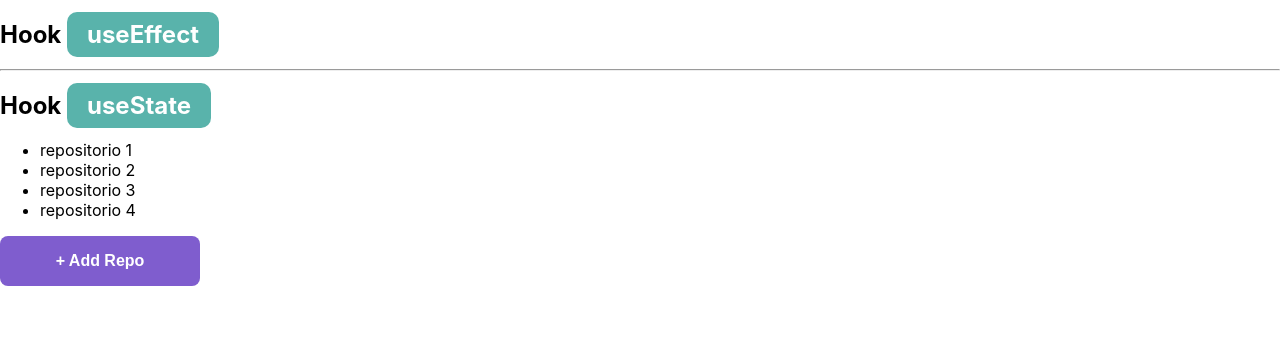
Repository: thiagolucio/react-hooks-use
Page: /
An editor plug-in stored every save of this project. The page is shown before and after the next save, followed by the edit.
The browser window is 1280 px wide. The pictures show the whole page.
The page's requests for data from a server got no answer. The project was rebuilt for these pictures with package versions that can differ from the ones it lists, and the page was loaded fresh each time. No one was signed in, and anything a server would have sent is missing. Also part of the build but not shown: src/App.css.

Above is the page before, as saved 2022-03-09 07:39:42.

### src/index.css
body {
  margin: 0;
  padding: 0;
  overflow-x: hidden;
  font-family: -apple-system, BlinkMacSystemFont, 'Segoe UI', 'Roboto', 'Oxygen',
    'Ubuntu', 'Cantarell', 'Fira Sans', 'Droid Sans', 'Helvetica Neue',
    sans-serif;
  -webkit-font-smoothing: antialiased;
  -moz-osx-font-smoothing: grayscale;
}

code {
  font-family: source-code-pro, Menlo, Monaco, Consolas, 'Courier New',
    monospace;
}

.container_column_center {
  display: flex;
  flex-direction: column;
  justify-content: flex-start;
  align-items: center;
}

.container_row_center {
  display: flex;
  flex-direction: row;
  justify-content: flex-start;
}


.font18px {font-size: 18px;}
.font20px {font-size: 20px;}
.font22px {font-size: 22px;}
.font24px {font-size: 24px;}

### src/App.js
import React from "react";
import "./App.css";

import UseStateExample from "./Components/UseStateExample";
import UseEffectExample from "./Components/UseEffectExample";

function App() {
  return (
    <>
        <UseEffectExample />
        <hr/>
        <UseStateExample />
    </>
  );
}

export default App;

### src/Components/UseStateExample.js
import React, { useState } from "react";
import "./UseStateExample.css";

function UseStateExample() {

  const [repositories, setRepositories] = useState([
    { id: 1, name: "repositorio 1" },
    { id: 2, name: "repositorio 2" },
    { id: 3, name: "repositorio 3" },
    { id: 4, name: "repositorio 4" },
  ]);

    function handleAddRepo() {

        let numName  = repositories.length + 1;

        setRepositories([...repositories, { id: Math.random(), name: "repositorio " + numName}]);
    }

  return (
    <div className="container-list">
      <h2>Hook <span className="badge-title">useState</span></h2>
      <ul>
        {repositories.map((repo) => (
          <li key={repo.id}>{repo.name}</li>
        ))}
      </ul>
      <button className="buttonApp" onClick={handleAddRepo}>+ Add Repo</button>
    </div>
  );
}

export default UseStateExample;

### src/Components/UseEffectExample.js
import React, { useEffect, useState } from "react";
import "./UseStateExample.css";

function UseEffectExample() {
  const [repositories, setRepositories] = useState([]);

  // no lugar do componentDidMount quando o component for montado
  useEffect(() => {
    async function fetchRepo() {
      const response = await fetch("https://api.github.com/users/thiagolucio/repos");
      const data = await response.json();
      setRepositories(data);
    }

    // async function fetchDataWithChildren() {
    //   try {
    //     const response = await fetch("https://api.github.com/users/thiagolucio/repos");
    //     const data = await response.json();
    //     setRepositories(data.children.map(it => it.data));
    //   } catch (e) {
    //     console.error(e);
    //   }
    // }

    fetchRepo();
    // fetchDataWithChildren();
  }, []);
  //os colchetes acima indica que ele deve ser executado somente uma vez, quando o componente for montado porque
  // ele não tem nenhum parâmetro pra se basear para ser executado novamente

  function handleFavorite(id) {
    console.log("Handle boy");
  }

  return (
    <>
      <h2>
        Hook <span className="badge-title">useEffect</span>
      </h2>
      <ul>
        {repositories.map((repo) => (
          <li key={repo.id}>{repo.name}</li>
        ))}
      </ul>
    </>
  );
}

export default UseEffectExample;

### src/Components/UseStateExample.css
.buttonApp {
    width: 200px;
    height: 50px;
    font-size: 16px;
    padding: 8px 25px;
    background-color: #7f5dce;
    border: 2px solid #ffffff;
    color: #fff;
    font-weight: bold;
    border: none;
    border-radius: 8px;
}

.buttonApp:hover {
    background-color: white;
    border: 2px solid #7f5dce;
    color: #7f5dce;
    transition: all 0.2s ease-in;
    cursor: pointer;
}

.buttonApp:click {
    background-color: 45336e;
    border: 2px solid #45336e;
    color: #7f5dce;
    transition: all 0.2s ease-in;
    cursor: pointer;
}

.badge-title {
    width: 100%;
    height: 40px;
    font-size: 24px;
    padding: 8px 20px;
    background-color: #59b3ab;
    color: #fff;
    font-weight: bold;
    border: none;
    border-radius: 10px;
}

### src/Components/Toggle.js
import { useCallback, useState } from 'react';

function Toggle() {
    const [isTextChanged, setIsTextChanged] = useToggle();

    return (
        <button onClick={setIsTextChanged}>{isTextChanged ? 'Toggled' : 'Click to Toggle'}</button>
    );
}
const useToggle = (initialState = false) => {
    const [state, setState] = useState(initialState);
    const toggle = useCallback(() => setState(state => !state), []);

    return [state, toggle]
}

export default Toggle;

Loaded but not shown: public/index.html (common file); src/index.js (common file); src/reportWebVitals.js (common file)

After the next save:
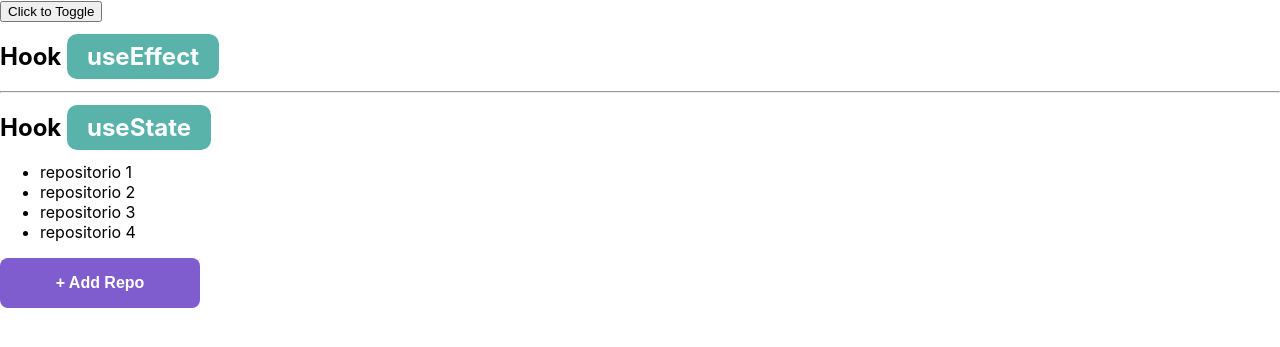
Saved 110 s later.
--- a/src/App.js
+++ b/src/App.js
@@ -3,10 +3,12 @@ import "./App.css";
 
 import UseStateExample from "./Components/UseStateExample";
 import UseEffectExample from "./Components/UseEffectExample";
+import Toggle from "./Components/Toggle";
 
 function App() {
   return (
     <>
+      <Toggle/>
         <UseEffectExample />
         <hr/>
         <UseStateExample />
